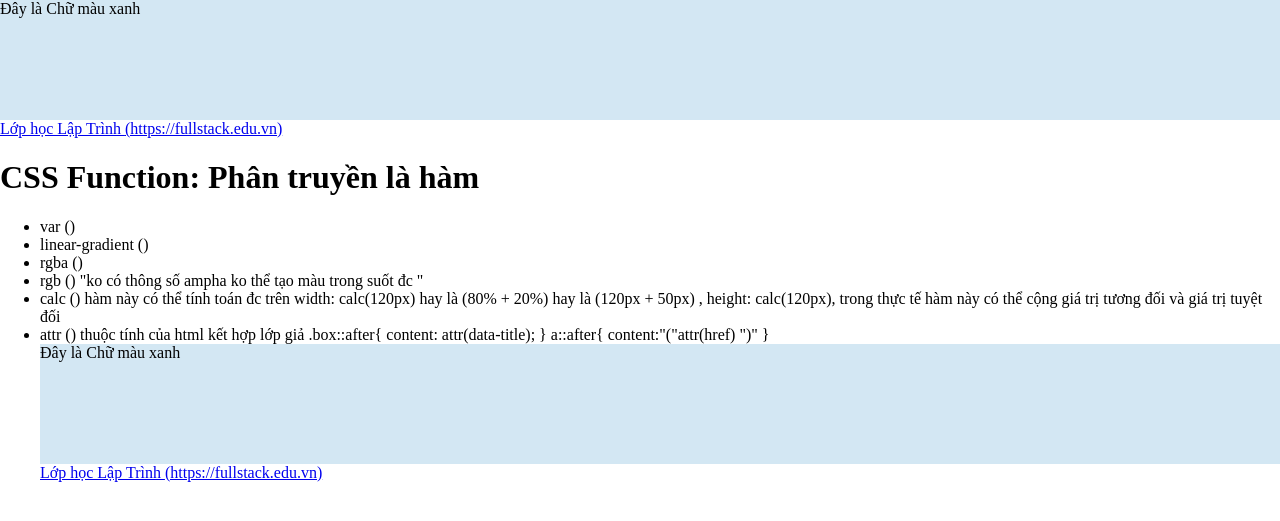
Repository: phanvu0103/HTML-CSS
Page: CSS_14_Functions/index.html
These files come from the project's save history. The page is drawn as it stood at one moment and after the next save; the edit follows.
The browser window is 1280 px wide. The pictures show the whole page.

Above is the page before, as saved 2022-09-28 09:42:34.

### CSS_14_Functions/index.html
<!DOCTYPE html>
<html>
  <head>
    <title>Vũ Hên Khải</title>
    <meta charset="utf-8" />
    <link rel="stylesheet" href="style.css" />
    <style>
      html body {
        margin: 0;
      }
      .box {
        width: 100%;
        height: 120px;
        background: rgb(211, 231, 243);
      }
      .box::after {
        content: attr(data-title);
      }

      a::after {
        content: "(" attr(href) ")";
      }
    </style>
  </head>
  <body>
    <div class="box" data-title="Đây là Chữ màu xanh"></div>

    <a href="https://fullstack.edu.vn">Lớp học Lập Trình </a>

    <h1>CSS Function: Phân truyền là hàm</h1>
    <ul>
      <li>var ()</li>
      <li>linear-gradient ()</li>
      <li>rgba ()</li>
      <li>rgb () "ko có thông số ampha ko thể tạo màu trong suốt đc "</li>
      <li>
        calc () hàm này có thể tính toán đc trên width: calc(120px) hay là (80%
        + 20%) hay là (120px + 50px) , height: calc(120px), trong thực tế hàm
        này có thể cộng giá trị tương đối và giá trị tuyệt đối
      </li>
      <li>
        attr () thuộc tính của html kết hợp lớp giả .box::after{ content:
        attr(data-title); } a::after{ content:"("attr(href) ")" }

        <div class="box" data-title="Đây là Chữ màu xanh"></div>

        <a href="https://fullstack.edu.vn">Lớp học Lập Trình </a>
      </li>
    </ul>
  </body>
</html>

Loaded but not shown: CSS_14_Functions/style.css (no stored copy; drawn as an empty file)

After the next save:
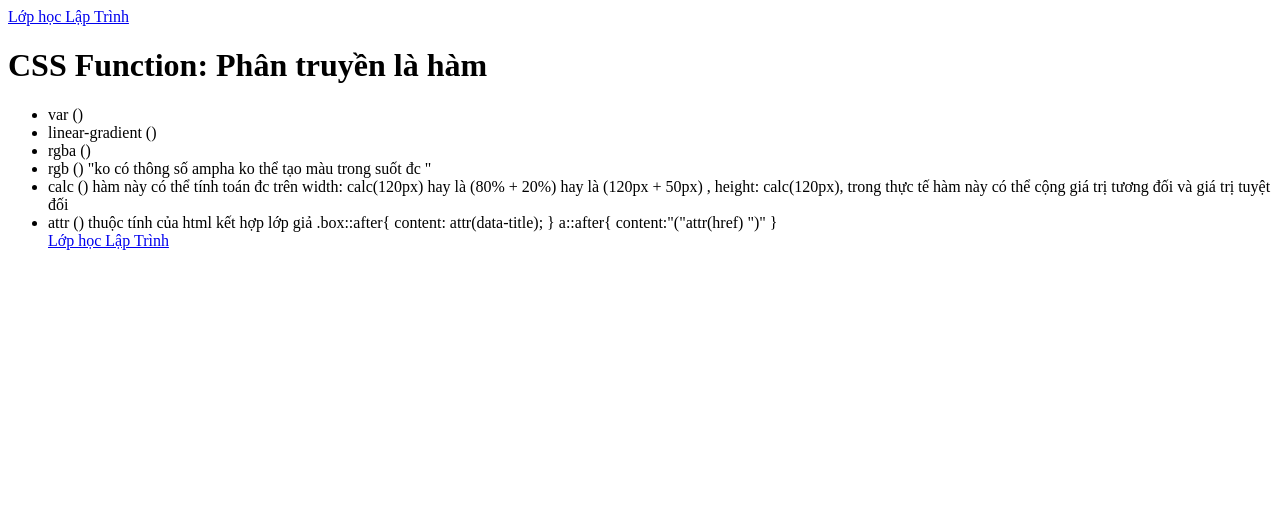
Saved 21 s later.
--- a/CSS_14_Functions/index.html
+++ b/CSS_14_Functions/index.html
@@ -4,7 +4,7 @@
     <title>Vũ Hên Khải</title>
     <meta charset="utf-8" />
     <link rel="stylesheet" href="style.css" />
-    <style>
+    <!-- <style>
       html body {
         margin: 0;
       }
@@ -20,7 +20,7 @@
       a::after {
         content: "(" attr(href) ")";
       }
-    </style>
+    </style> -->
   </head>
   <body>
     <div class="box" data-title="Đây là Chữ màu xanh"></div>
